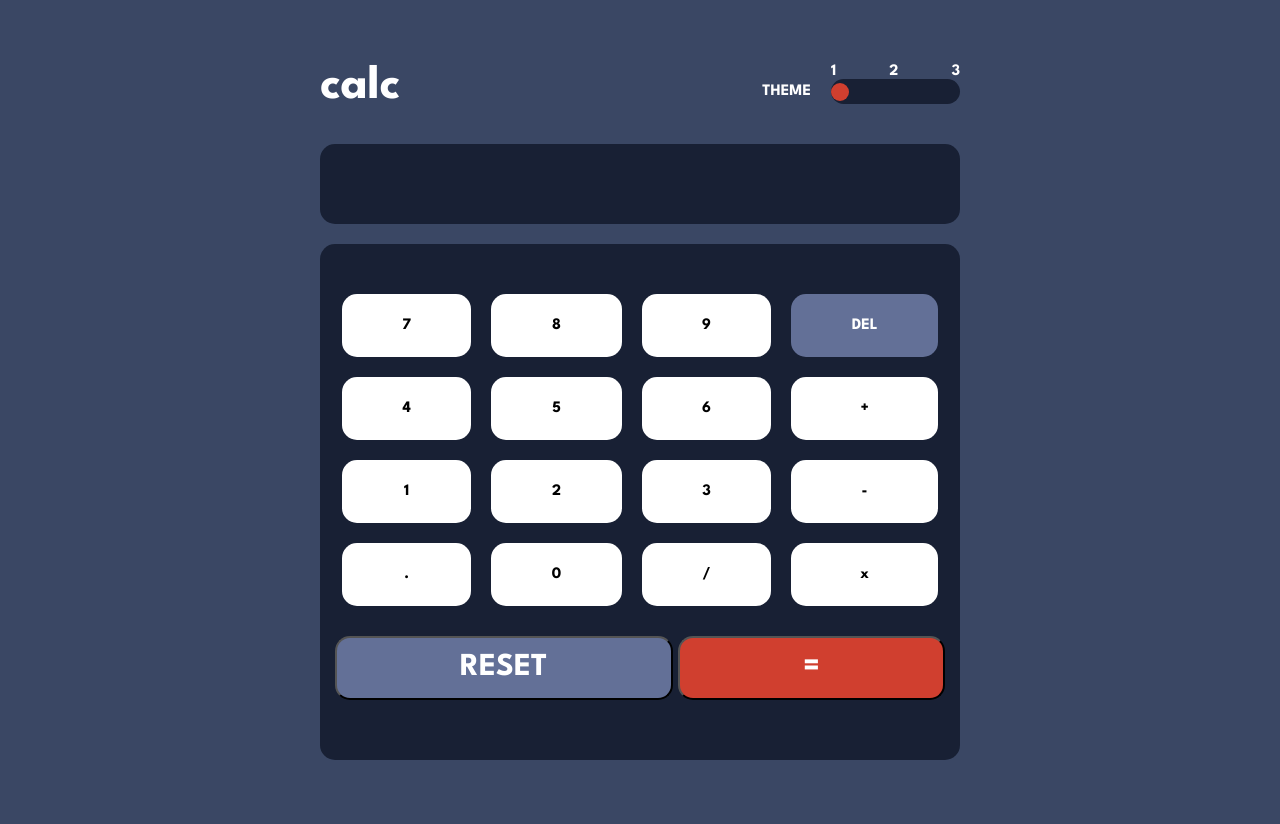
Repository: DevLaukey/calc-with-css-js
Page: index.html
The author's editor kept a copy of each file at every save. The page is drawn from the files as they stood at one save, then again after the next save.
The browser window is 1280 px wide. The pictures show the whole page.

Above is the page before, as saved 2022-05-24 13:36:53.
Console error: TypeError: Cannot set properties of null (setting 'onclick')

### index.html
<!DOCTYPE html>
<html lang="en">
  <head>
    <meta charset="UTF-8" />
    <meta http-equiv="X-UA-Compatible" content="IE=edge" />
    <meta name="viewport" content="width=device-width, initial-scale=1.0" />
    <title>Calculator</title>
    <link rel="stylesheet" href="./styles.css" />
    <link rel="preconnect" href="https://fonts.googleapis.com" />
    <link rel="preconnect" href="https://fonts.gstatic.com" crossorigin />
    <link
      href="https://fonts.googleapis.com/css2?family=League+Spartan:wght@700&display=swap"
      rel="stylesheet"
    />
    <style data="test" type="text/css"></style>
  </head>
  <body>
    <div class="body">
      <header class="calculator__header">
        <div>
          <p class="calculator__name text">calc</p>
        </div>
        <div class="calculator__slider">
          <div class="text">
            <p class="calculator__theme text">THEME</p>
          </div>
          <div class="class-slider">
            <p class="calculator__smallText text">
              <span>1</span>
              <span>2</span>
              <span>3</span>
            </p>
            <div class="calculator__block">
              <input
                id="rangeInput"
                type="range"
                min="1"
                max="3"
                value="1"
                class="slider"
                name="rangeInput"
              />
            </div>
          </div>
        </div>
      </header>
      <div class="calculator__display">
        <p class="text calculator__solution" id="display"></p>
      </div>
      <div class="calculator__input">
        <div class="calculator__row">
          <p class="calculator__button seven" data-num="7">7</p>
          <p class="calculator__button eight" data-num="8">8</p>
          <p class="calculator__button nine" data-num="9">9</p>
          <p
            class="calculator__button del back"
            style="background-color: hsl(225, 21%, 49%); color: white"
          >
            DEL
          </p>
          <p class="calculator__button four" data-num="4">4</p>
          <p class="calculator__button five" data-num="5">5</p>
          <p class="calculator__button six" data-num="6">6</p>
          <p class="calculator__button plus" data-ops="plus">+</p>
          <p class="calculator__button one" data-num="1">1</p>
          <p class="calculator__button two" data-num="2">2</p>
          <p class="calculator__button three" data-num="3">3</p>
          <p class="calculator__button minus" data-ops="minus">-</p>

          <p class="calculator__button dot" data-num=".">.</p>
          <p class="calculator__button minus" data-num="0">0</p>
          <p class="calculator__button slash" data-ops="divided by" >/</p>
          <btn class="calculator__button multiply" data-ops="times">x</btn>
        </div>
        <div class="calculator__control">
          <button type="reset" class="control reset text" class="reset">RESET</button>
          <button class="control equals text" id="equals" data-result=""> =</button>
        </div>
      </div>
    </div>
  </body>
  <script>
    const range = document.getElementById("rangeInput");
    var style = document.querySelector('[data="test"]');

    range.addEventListener("input", () => {
      const slider_value = range.value;
      let thumb_color, background_color, del, button, text,third, size="20px";
      if (slider_value == 1) {
        thumb_color = "hsl(6, 63%, 50%);";
        background_color = "hsl(222, 26%, 31%)";
        del = "hsl(224, 36%, 15%)";
        text = "white ";
        slider="hsl(225, 21%, 49%);"
      } else if (slider_value == 2) {
        thumb_color = "hsl(25, 98%, 40%)";
        background_color = "hsl(0, 0%, 90%)";

        del = " hsl(185, 42%, 37%)";
        text = "hsla(0, 0%, 0%, 1)";
        slider = "hsl(0, 5%, 81%)"
      } else {
        thumb_color = "hsl(176, 100%, 44%)";
        background_color = "hsl(268, 75%, 9%)";
        button= "hsl(268, 47%, 21%)";
        del = "hsl(281, 89%, 26%)";
        text = "hsl(52, 100%, 62%)";
         third="hsl(52, 100%, 62%)";
         slider="hsl(281, 89%, 26%)";
      }
      style.innerHTML = `.slider::-webkit-slider-thumb { background-color: ${thumb_color} !important; }

      body{
        background-color: ${background_color} !important;
      }
      .text{
          color: ${text} !important;
      }
      .slider{
         background-color: ${slider} !important;
      }
      .calculator__display{
         background-color: ${slider} !important;
      }
      .calculator__input{
         background-color: ${slider} !important;
         color: ${third} !important;
         font-size: ${size} !important;
      }
      .equals{
       background-color: ${thumb_color} !important;
      }
      .del{
        background-color: ${del} !important;
      }
     .calculator__button {
  background-color: ${button} !important;
}
      .reset{
        background-color: ${del} !important;
      }
      .slider:-moz-range-thumb {  ${thumb_color} !important; }`;
    });
  </script>
  <script src="./calc.js"></script>
</html>

### styles.css
* {
  margin: 0;
  padding: 0;
  box-sizing: border-box;
}

body {
  background-color: hsl(222, 26%, 31%);
}
.body {
  font-family: "League Spartan", sans-serif;

  margin-bottom: 5%;
  margin-top: 5%;
  margin-left: 25%;
  margin-right: 25%;
}
.calculator__header {
  display: flex;
  width: 100%;
  justify-content: space-between;
  margin-bottom: 25px;
}
.calculator__block {
  display: flex;
}
.calculator__name {
  font-size: 3em;
  color: white;
}
.calculator__slider {
  display: flex;
}
.calculator__theme {
  margin-top: 20px;
  margin-right: 20px;
}
.calculator__smallText {
  display: flex;

  justify-content: space-between;
}
.text {
  color: white;
  font-family: "League Spartan", sans-serif;
}
.numbers {
  color:  hsl(223, 31%, 20%);
}


/* slider */
.slider {
    width: 100%;
    /* margin: 10px auto; */
    -webkit-appearance: none;
    height: 25px;
    border-radius: 15px;
    margin-bottom: 15px;
  background: hsl(224, 36%, 15%);
}

.slider::-webkit-slider-thumb {
   -webkit-appearance: none;
    width: 18px;
    height: 18px;
    border-radius: 10px;
    background-color: hsl(6, 63%, 50%);
    overflow: visible;
    cursor: pointer;
    transition: all 1s ease;
}

.calculator__display {
  background-color: hsl(224, 36%, 15%);
  display: flex;
  flex-direction: row-reverse;
  border-radius: 15px;
  padding: 2.5em 0.75rem 2.5em 0.75em;
  margin-bottom: 20px;
}
.calculator__solution {
  font-size: 2em;
}
.calculator__input {
  background-color: hsl(224, 36%, 15%);
  border-radius: 15px;
  text-align: center;
  padding: 2.5em 0.75rem 2.5em 0.75em;
  display: flex;
  flex-direction: column;
}
.calculator__row {
  display: grid;
  gap: 20px;
  grid-template-columns: auto auto auto auto;
  padding: 10px;
  margin-bottom: 20px;
}
.calculator__button {
  background-color: white;
  padding-top: 1.5em;
  padding-bottom: 1.5em;
  padding-left: -0.2em;
  padding-right: -0.2em;
  border-radius: 15px;
  box-shadow: hsl(224, 28%, 35%);
}
.calculator__control {
  display: flex;
  justify-content: space-around;
  margin-bottom: 20px;
}
.control {
  padding: 2.5% 20% 2.5% 20%;
  border-radius: 15px;
  font-size: 2em;
}
.reset {
  background-color: hsl(225, 21%, 49%);
}
.equals {
  background-color: hsl(6, 63%, 50%);
}

@media screen and (max-width: 768px) {
  .body{
    margin:1rem;
    /* width:100%; */
  }
  .control{
  padding: 2.5% 20% 2.5% 20%;
  border-radius: 15px;
  font-size: 1em;
  }
  .calculator__smallText{
    font-size: 1em;
  }

}

### calc.js
/*
TODO:
    Limit number input
    Disallow . from being entered multiple times
    Clean up structure
*/

(function () {
  "use strict";

  // Shortcut to get elements
  var el = function (element) {
    if (element.charAt(0) === "#") {
      // If passed an ID...
      return document.querySelector(element); // ... returns single element
    }

    return document.querySelectorAll(element); // Otherwise, returns a nodelist
  };

  // Variables
  var viewer = el("#viewer"), // Calculator screen where result is displayed
    equals = el("#equals"), // Equal button
    nums = el(".num"), // List of numbers
    ops = el(".ops"), // List of operators
    theNum = "", // Current number
    oldNum = "", // First number
    resultNum, // Result
    operator; // Batman

  // When: Number is clicked. Get the current number selected
  var setNum = function () {
    if (resultNum) {
      // If a result was displayed, reset number
      theNum = this.getAttribute("data-num");
      resultNum = "";
    } else {
      // Otherwise, add digit to previous number (this is a string!)
      theNum += this.getAttribute("data-num");
    }

    viewer.innerHTML = theNum; // Display current number
  };

  // When: Operator is clicked. Pass number to oldNum and save operator
  var moveNum = function () {
    oldNum = theNum;
    theNum = "";
    operator = this.getAttribute("data-ops");

    equals.setAttribute("data-result", ""); // Reset result in attr
  };

  // When: Equals is clicked. Calculate result
  var displayNum = function () {
    // Convert string input to numbers
    oldNum = parseFloat(oldNum);
    theNum = parseFloat(theNum);

    // Perform operation
    switch (operator) {
      case "plus":
        resultNum = oldNum + theNum;
        break;

      case "minus":
        resultNum = oldNum - theNum;
        break;

      case "times":
        resultNum = oldNum * theNum;
        break;

      case "divided by":
        resultNum = oldNum / theNum;
        break;

      // If equal is pressed without an operator, keep number and continue
      default:
        resultNum = theNum;
    }

    // If NaN or Infinity returned
    if (!isFinite(resultNum)) {
      if (isNaN(resultNum)) {
        // If result is not a number; set off by, eg, double-clicking operators
        resultNum = "You broke it!";
      } else {
        // If result is infinity, set off by dividing by zero
        resultNum = "Look at what you've done";
        el("#calculator").classList.add("broken"); // Break calculator
        el("#reset").classList.add("show"); // And show reset button
      }
    }

    // Display result, finally!
    viewer.innerHTML = resultNum;
    equals.setAttribute("data-result", resultNum);

    // Now reset oldNum & keep result
    oldNum = 0;
    theNum = resultNum;
  };

  // When: Clear button is pressed. Clear everything
  var clearAll = function () {
    oldNum = "";
    theNum = "";
    viewer.innerHTML = "0";
    equals.setAttribute("data-result", resultNum);
  };

  /* The click events */

  // Add click event to numbers
  for (var i = 0, l = nums.length; i < l; i++) {
    nums[i].onclick = setNum;
  }

  // Add click event to operators
  for (var i = 0, l = ops.length; i < l; i++) {
    ops[i].onclick = moveNum;
  }

  // Add click event to equal sign
  equals.onclick = displayNum;

  // Add click event to clear button
  el("#clear").onclick = clearAll;

  // Add click event to reset button
  el("#reset").onclick = function () {
    window.location = window.location;
  };
})();

After the next save:
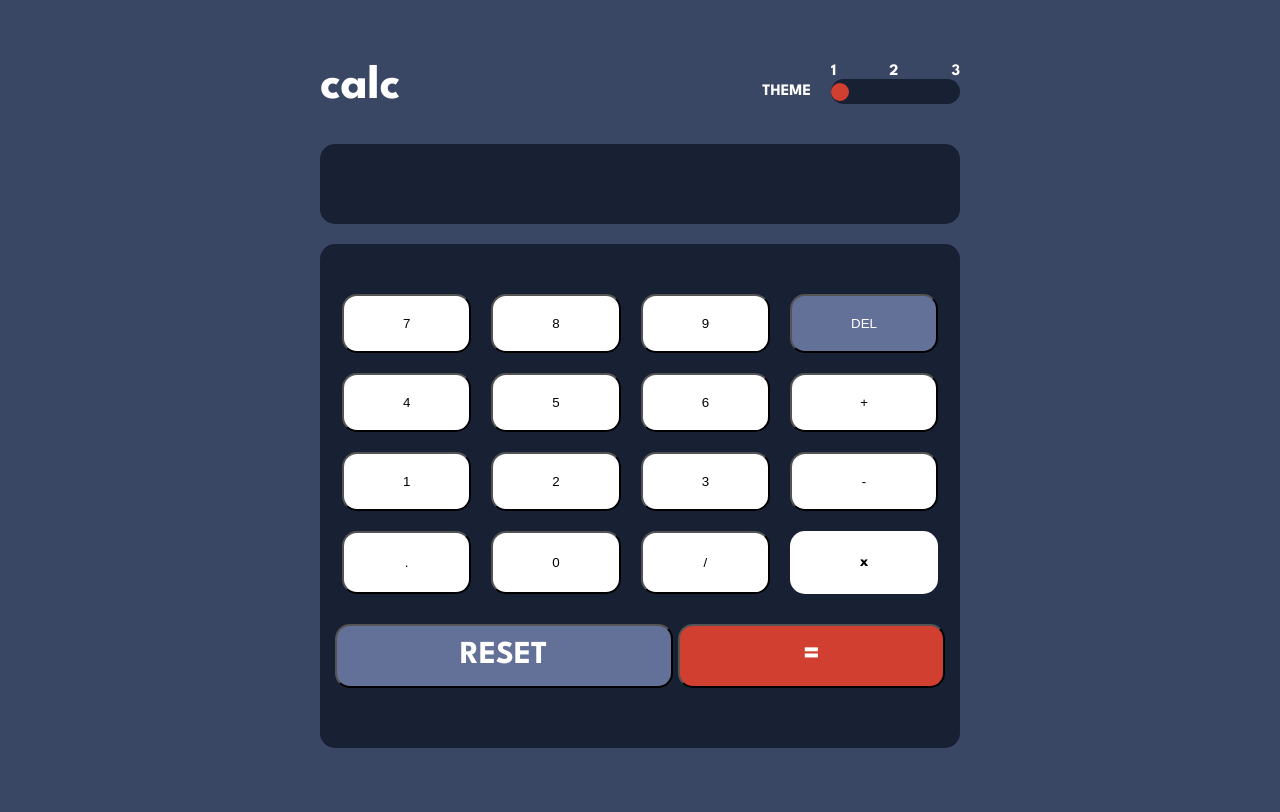
Saved 65 s later.
--- a/index.html
+++ b/index.html
@@ -49,27 +49,27 @@
       </div>
       <div class="calculator__input">
         <div class="calculator__row">
-          <p class="calculator__button seven" data-num="7">7</p>
-          <p class="calculator__button eight" data-num="8">8</p>
-          <p class="calculator__button nine" data-num="9">9</p>
-          <p
+          <button class="calculator__button seven" data-num="7">7</button>
+          <button class="calculator__button eight" data-num="8">8</button>
+          <button class="calculator__button nine" data-num="9">9</button>
+          <button
             class="calculator__button del back"
             style="background-color: hsl(225, 21%, 49%); color: white"
           >
             DEL
-          </p>
-          <p class="calculator__button four" data-num="4">4</p>
-          <p class="calculator__button five" data-num="5">5</p>
-          <p class="calculator__button six" data-num="6">6</p>
-          <p class="calculator__button plus" data-ops="plus">+</p>
-          <p class="calculator__button one" data-num="1">1</p>
-          <p class="calculator__button two" data-num="2">2</p>
-          <p class="calculator__button three" data-num="3">3</p>
-          <p class="calculator__button minus" data-ops="minus">-</p>
+          </button>
+          <button class="calculator__button four" data-num="4">4</button>
+          <button class="calculator__button five" data-num="5">5</button>
+          <button class="calculator__button six" data-num="6">6</button>
+          <button class="calculator__button plus" data-ops="plus">+</button>
+          <button class="calculator__button one" data-num="1">1</button>
+          <button class="calculator__button two" data-num="2">2</button>
+          <button class="calculator__button three" data-num="3">3</button>
+          <button class="calculator__button minus" data-ops="minus">-</button>
 
-          <p class="calculator__button dot" data-num=".">.</p>
-          <p class="calculator__button minus" data-num="0">0</p>
-          <p class="calculator__button slash" data-ops="divided by" >/</p>
+          <button class="calculator__button dot" data-num=".">.</button>
+          <button class="calculator__button minus" data-num="0">0</button>
+          <button class="calculator__button slash" data-ops="divided by" >/</button>
           <btn class="calculator__button multiply" data-ops="times">x</btn>
         </div>
         <div class="calculator__control">
